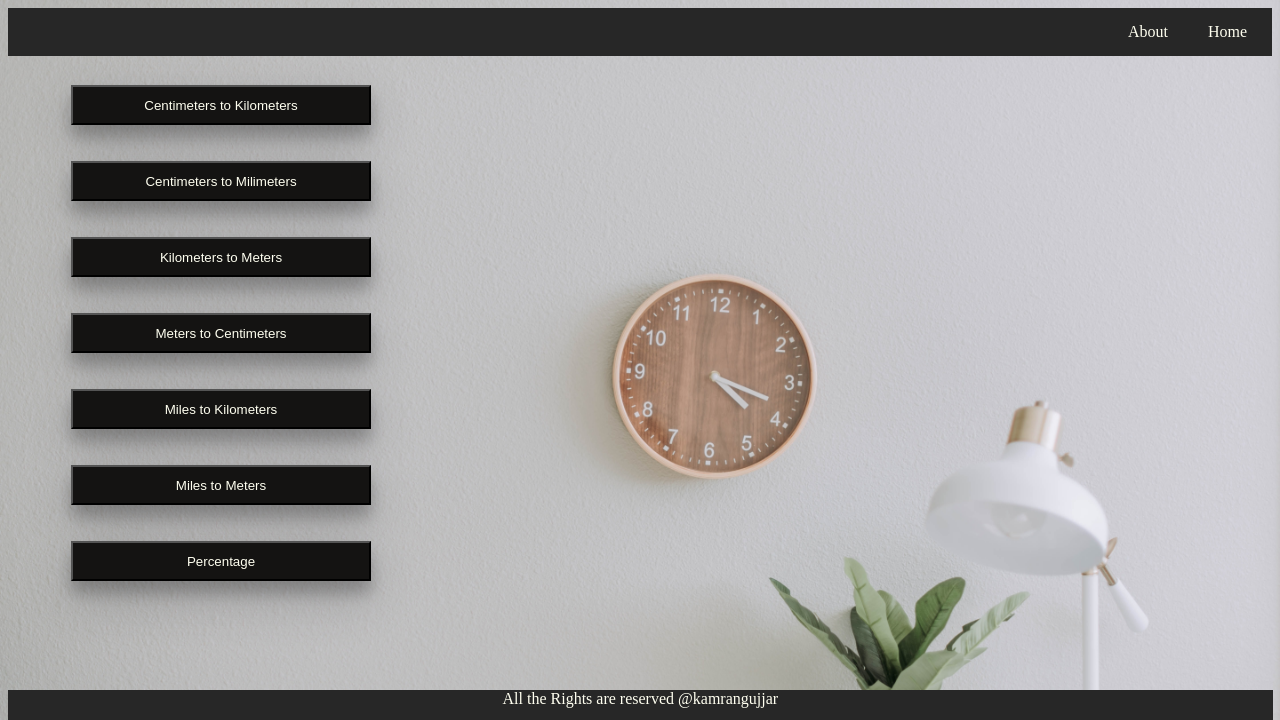
Repository: Kamrangujjar85112/Length-Converter
Page: html/home.html
These files come from the project's save history. The page is drawn as it stood at one moment and after the next save; the edit follows.
The browser window is 1280 px wide. The pictures show the whole page.

Above is the page before, as saved 2022-01-23 23:40:16.

After the next save:
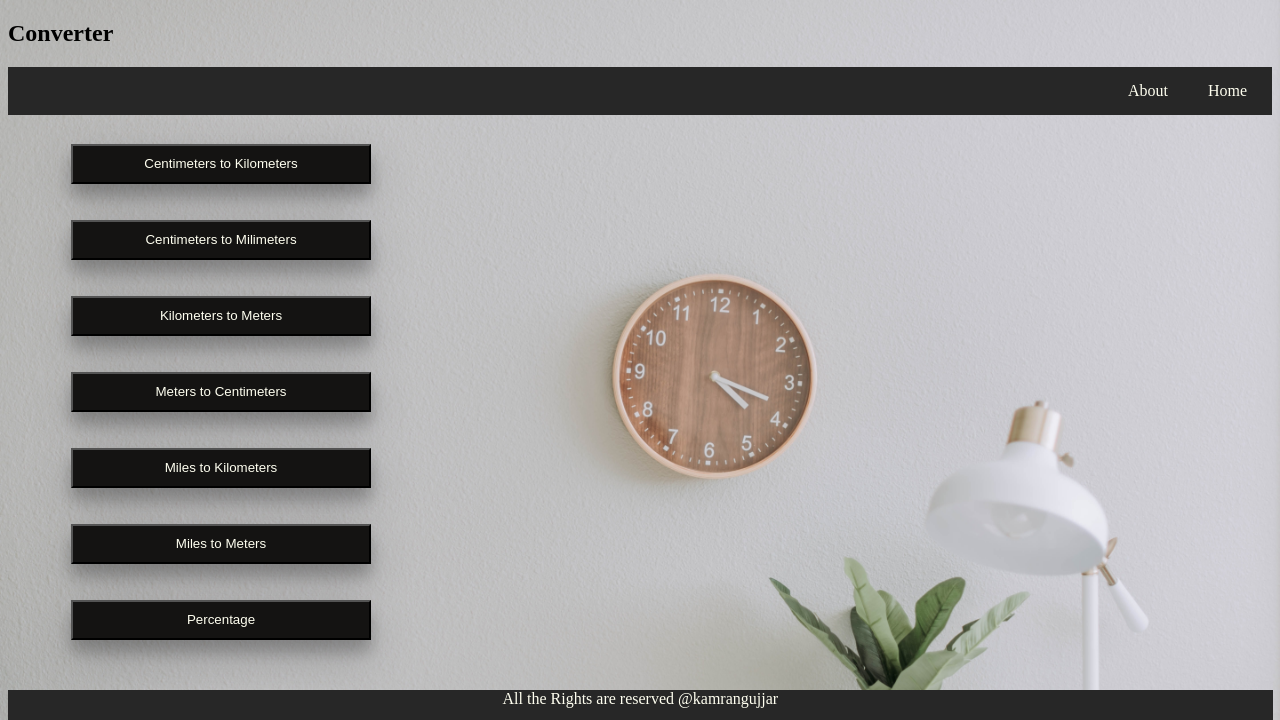
Saved 2 days later.
--- a/html/home.html
+++ b/html/home.html
@@ -16,6 +16,7 @@
        <!-- navbar -->
         <div class="header">
             <nav>
+               <h1>Converter</h1>
                 <ul class="nav-ul">
                     <li class="nav-li"><a href="home.html">Home</a></li>
                     <li class="nav-li"><a href="about.html">About</a></li>
